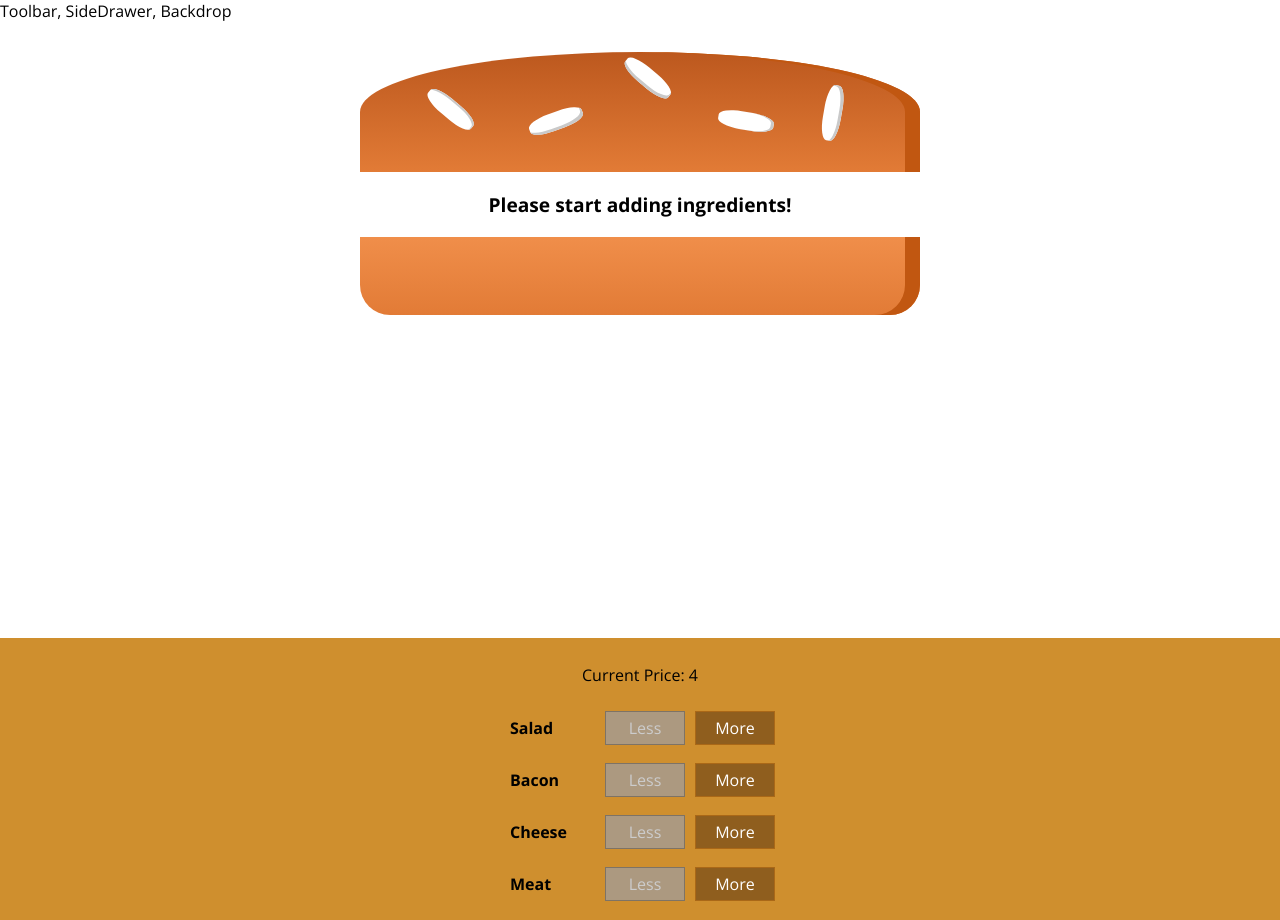
Repository: AbdulMutaal/Burger-Builder
Page: /
The author's editor kept a copy of each file at every save. The page is drawn from the files as they stood at one save, then again after the next save.
The browser window is 1280 px wide. The pictures show the whole page.
The project was rebuilt for these pictures with package versions that can differ from the ones it lists, and the page was loaded fresh each time.

Above is the page before, as saved 2021-12-07 17:06:20.

### src/index.css
body {
  margin: 0;
  font-family: "Open Sans", sans-serif;
}

### src/App.js
import Layout from './components/Layout/Layout';
import BurgerBuilder from './containers/BurgerBuilder/BurgerBuilder';

function App() {
  return (
    <div>
      <Layout>
        <BurgerBuilder />
      </Layout>
    </div>
  );
}

export default App;

### src/components/Layout/Layout.js
import React from 'react';

import Auxiliary from '../../hoc/Auxiliary';
import classes from './Layout.module.css';

const layout = ( props ) => (
    <Auxiliary>
        <div>Toolbar, SideDrawer, Backdrop</div>
        <main className={classes.Content}>
            {props.children}
        </main>
    </Auxiliary>
);

export default layout;

### src/containers/BurgerBuilder/BurgerBuilder.js
import React, { Component } from 'react';

import Auxiliary from '../../hoc/Auxiliary';
import Burger from '../../components/Burger/Burger';
import BurgerControls from '../../components/Burger/BuildControls/BuildControls';

const INGREDIENT_PRICES = {
    salad: 0.5,
    cheese: 0.4,
    meat: 1.3,
    bacon: 0.7
};

class BurgerBuilder extends Component {
    state = {
        ingredients: {
            salad: 0,
            bacon: 0,
            cheese: 0,
            meat: 0
        },
        totalPrice: 4
    }

    addIngredientHandler = (type) => {
        const oldCount = this.state.ingredients[type];
        const updatedCount = oldCount + 1;
        const updateIngredients = {
            ...this.state.ingredients
        };
        updateIngredients[type] = updatedCount;

        const priceAddition = INGREDIENT_PRICES[type];
        const oldPrice = this.state.totalPrice;
        const newPrice = oldPrice + priceAddition;
        this.setState({totalPrice: newPrice, ingredients: updateIngredients});
    }

    removeIngredientHandler = (type) => {
        const oldCount = this.state.ingredients[type];

        if (oldCount <= 0) {
            return;
        }

        const updatedCount = oldCount - 1;
        const updateIngredients = {
            ...this.state.ingredients
        };
        updateIngredients[type] = updatedCount;

        const priceDeduction = INGREDIENT_PRICES[type];
        const oldPrice = this.state.totalPrice;
        const newPrice = oldPrice - priceDeduction;
        this.setState({totalPrice: newPrice, ingredients: updateIngredients});
    }
    render () {
        const disabledInfo = {
            ...this.state.ingredients
        };

        for (let key in disabledInfo) {
            disabledInfo[key] = disabledInfo[key] <= 0
        }

        return (
            <Auxiliary>
                <Burger ingredients={this.state.ingredients} />
                <BurgerControls
                    ingredientAdded={this.addIngredientHandler}
                    ingredientRemoved={this.removeIngredientHandler}
                    disabled={disabledInfo}
                    price={this.state.totalPrice} />
            </Auxiliary>
        );
    }
}

export default BurgerBuilder;

### src/components/Burger/Burger.js
import React from 'react';

import classes from './Burger.module.css';
import BurgerIngredient from './BurgerIngredient/BurgerIngredient';

const burger = (props) => {
    let transformedIngredients = Object.keys(props.ingredients)
        .map(igKey => {
            return [...Array(props.ingredients[igKey])].map((_, i) => {
                return <BurgerIngredient key={igKey + i} type={igKey} />;
            });
        })
        .reduce((arr, el) => {
            return arr.concat(el)
        }, []);
    console.log(transformedIngredients);

    if (transformedIngredients.length === 0) {
        transformedIngredients = <p>Please start adding ingredients!</p>;
    }

    return (
        <div className={classes.Burger}>
            <BurgerIngredient type="bread-top" />
            { transformedIngredients }
            <BurgerIngredient type="bread-bottom" />
        </div>
    );
};

export default burger;

### src/components/Burger/BuildControls/BuildControls.js
import React from 'react';

import classes from './BuildControls.module.css';
import BuildControl from './BuildControl/BuildControl';

const controls = [
    { label: 'Salad', type: 'salad'},
    { label: 'Bacon', type: 'bacon'},
    { label: 'Cheese', type: 'cheese'},
    { label: 'Meat', type: 'meat'}
];

const buildControls = (props) => (
    <div className={classes.BuildControls}>
        <p>Current Price: {props.price}</p>
        {controls.map(ctrl => (
            <BuildControl
                key={ctrl.label}
                label={ctrl.label}
                added={() => props.ingredientAdded(ctrl.type)}
                removed={() => props.ingredientRemoved(ctrl.type)}
                disabled={props.disabled[ctrl.type]} />
        ))}
    </div>
);

export default buildControls;

### src/components/Burger/BurgerIngredient/BurgerIngredient.js
import React from 'react';
import PropTypes from 'prop-types';

import classes from './BurgerIngredient.module.css';

const burgerIngredient = (props) => {
    let ingredient = null;

    switch (props.type) {
        case ('bread-bottom'):
            ingredient = <div className={classes.BreadBottom}></div>;
            break;
        case ('bread-top'):
            ingredient = (
                <div className={classes.BreadTop}>
                    <div className={classes.Seeds1}></div>
                    <div className={classes.Seeds2}></div>
                </div>
            );
            break;
        case ('meat'):
            ingredient = <div className={classes.Meat}></div>;
            break;
        case ('cheese'):
            ingredient = <div className={classes.Cheese}></div>;
            break;
        case ('bacon'):
            ingredient = <div className={classes.Bacon}></div>;
            break;
        case ('salad'):
            ingredient = <div className={classes.Salad}></div>;
            break;
        default:
            ingredient = null;
    }

    return ingredient;
};

burgerIngredient.propTypes = {
    type: PropTypes.string.isRequired
};

export default burgerIngredient;

### src/components/Burger/BuildControls/BuildControl/BuildControl.js
import React from 'react';

import classes from './BuildControl.module.css';

const buildControl = (props) =>  (
    <div className={classes.BuildControl}>
        <div className={classes.Label}>{props.label}</div>
        <button className={classes.Less} onClick={props.removed} disabled={props.disabled}>Less</button>
        <button className={classes.More} onClick={props.added}>More</button>
    </div>
)

export default buildControl;

### src/components/Burger/BurgerIngredient/BurgerIngredient.module.css
.BreadBottom {
    height: 13%;
    width: 80%;
    background: linear-gradient(#F08E4A, #e27b36);
    border-radius: 0 0 30px 30px;
    box-shadow: inset -15px 0 #c15711;
    margin: 2% auto;
}

.BreadTop {
    height: 20%;
    width: 80%;
    background: linear-gradient(#bc581e, #e27b36);
    border-radius: 50% 50% 0 0;
    box-shadow: inset -15px 0 #c15711;
    margin: 2% auto;
    position: relative;
}

.Seeds1 {
    width: 10%;
    height: 15%;
    position: absolute;
    background-color: white;
    left: 30%;
    top: 50%;
    border-radius: 40%;
    transform: rotate(-20deg);
    box-shadow: inset -2px -3px #c9c9c9;
}

.Seeds1:after {
    content: "";
    width: 100%;
    height: 100%;
    position: absolute;
    background-color: white;
    left: -170%;
    top: -260%;
    border-radius: 40%;
    transform: rotate(60deg);
    box-shadow: inset -1px 2px #c9c9c9;
  }

.Seeds1:before {
    content: "";
    width: 100%;
    height: 100%;
    position: absolute;
    background-color: white;
    left: 180%;
    top: -50%;
    border-radius: 40%;
    transform: rotate(60deg);
    box-shadow: inset -1px -3px #c9c9c9;
  }

  .Seeds2 {
    width: 10%;
    height: 15%;
    position: absolute;
    background-color: white;
    left: 64%;
    top: 50%;
    border-radius: 40%;
    transform: rotate(10deg);
    box-shadow: inset -3px 0 #c9c9c9;
  }

  .Seeds2:before {
    content: "";
    width: 100%;
    height: 100%;
    position: absolute;
    background-color: white;
    left: 150%;
    top: -130%;
    border-radius: 40%;
    transform: rotate(90deg);
    box-shadow: inset 1px 3px #c9c9c9;
  }


.Meat {
    width: 80%;
    height: 8%;
    background: linear-gradient(#7f3608, #702e05);
    margin: 2% auto;
    border-radius: 15px;
}

.Cheese {
    width: 90%;
    height: 4.5%;
    margin: 2% auto;
    background: linear-gradient(#f4d004, #d6bb22);
    border-radius: 20px;
}

.Salad {
    width: 85%;
    height: 7%;
    margin: 2% auto;
    background: linear-gradient(#228c1d, #91ce50);
    border-radius: 20px;
}

.Bacon {
    width: 80%;
    height: 3%;
    background: linear-gradient(#bf3813, #c45e38);
    margin: 2% auto;
}

### src/components/Burger/BuildControls/BuildControl/BuildControl.module.css
.BuildControl {
    display: flex;
    justify-content: space-between;
    align-items: center;
    margin: 5px 0;
}

.BuildControl button {
    display: block;
    font: inherit;
    padding: 5px;
    margin: 0 5px;
    width: 80px;
    border: 1px solid #AA6817;
    cursor: pointer;
    outline: none;
}

.BuildControl button:disabled {
    background-color: #AC9980;
    border: 1px solid #7E7365;
    color: #ccc;
    cursor: default;
}

.BuildControl button:hover:disabled {
    background-color: #AC9980;
    color: #ccc;
    cursor: not-allowed;
}

.Label {
    padding: 10px;
    font-weight: bold;
    width: 80px;
}

.BuildControl .Less {
    background-color: #D39952;
    color: white;
}

.BuildControl .More {
    background-color: #8F5E1E;
    color: white;
}

.BuildControl .Less:hover, .BuildControl .Less:active {
    background-color: #DAA972;
    color: white;
}

.BuildControl .More:hover,.BuildControl .More:active {
    background-color: #99703F;
    color: white;
}

Loaded but not shown: public/index.html (common file); src/index.js (common file); src/reportWebVitals.js (common file); src/hoc/Auxiliary.js (common file); src/components/Layout/Layout.module.css (common file); src/components/Burger/Burger.module.css (common file); src/components/Burger/BuildControls/BuildControls.module.css (common file)

After the next save:
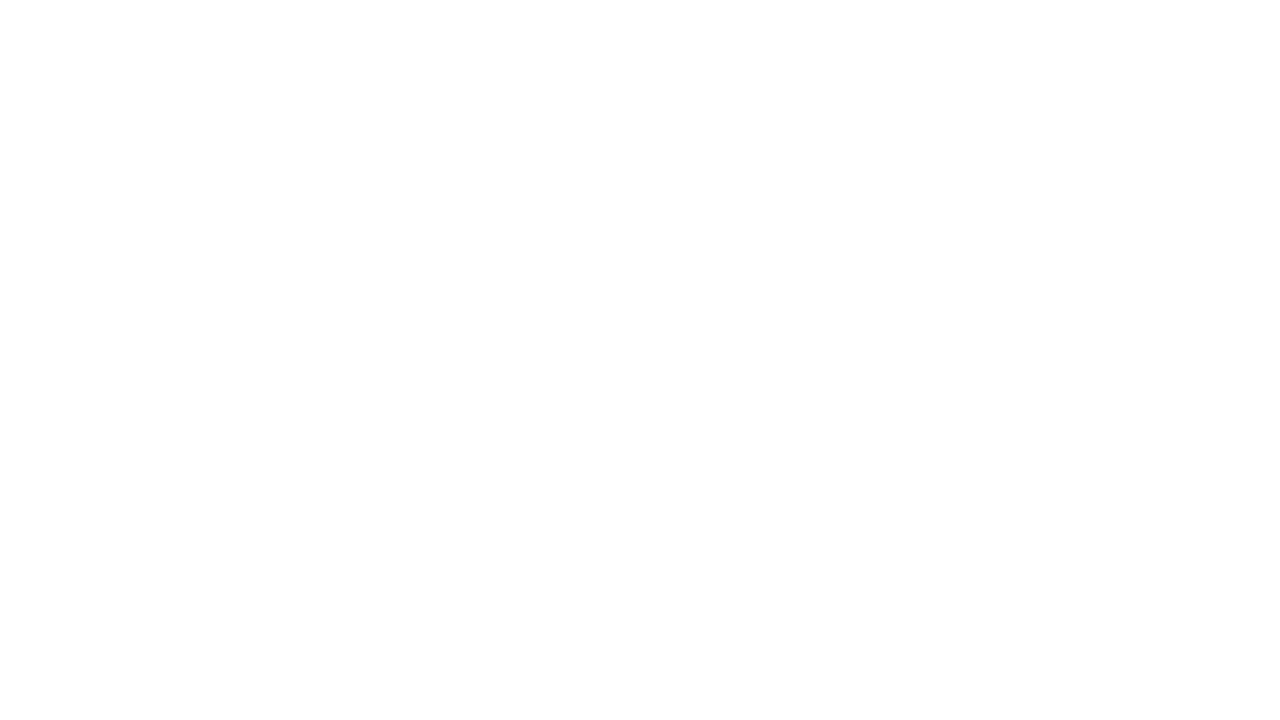
Console error: TypeError: props.price.toFix is not a function
Saved 95 s later.
--- a/src/components/Burger/BuildControls/BuildControls.js
+++ b/src/components/Burger/BuildControls/BuildControls.js
@@ -12,7 +12,7 @@
 
 const buildControls = (props) => (
     <div className={classes.BuildControls}>
-        <p>Current Price: {props.price}</p>
+        <p>Current Price: <strong>${props.price.toFix(2)}</strong></p>
         {controls.map(ctrl => (
             <BuildControl
                 key={ctrl.label}

After the save that followed:
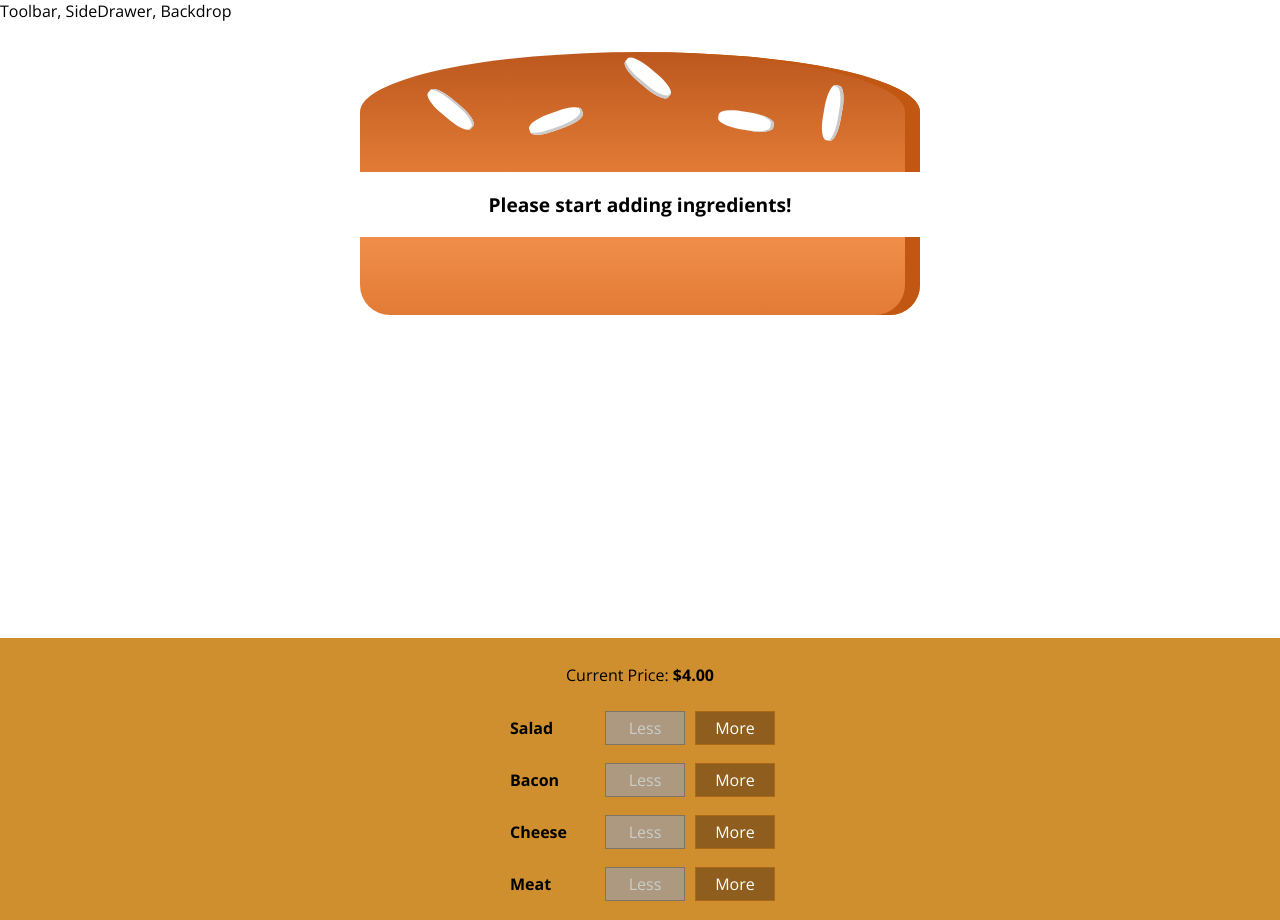
The error is gone.
Saved 23 s later.
--- a/src/components/Burger/BuildControls/BuildControls.js
+++ b/src/components/Burger/BuildControls/BuildControls.js
@@ -12,7 +12,7 @@
 
 const buildControls = (props) => (
     <div className={classes.BuildControls}>
-        <p>Current Price: <strong>${props.price.toFix(2)}</strong></p>
+        <p>Current Price: <strong>${props.price.toFixed(2)}</strong></p>
         {controls.map(ctrl => (
             <BuildControl
                 key={ctrl.label}
